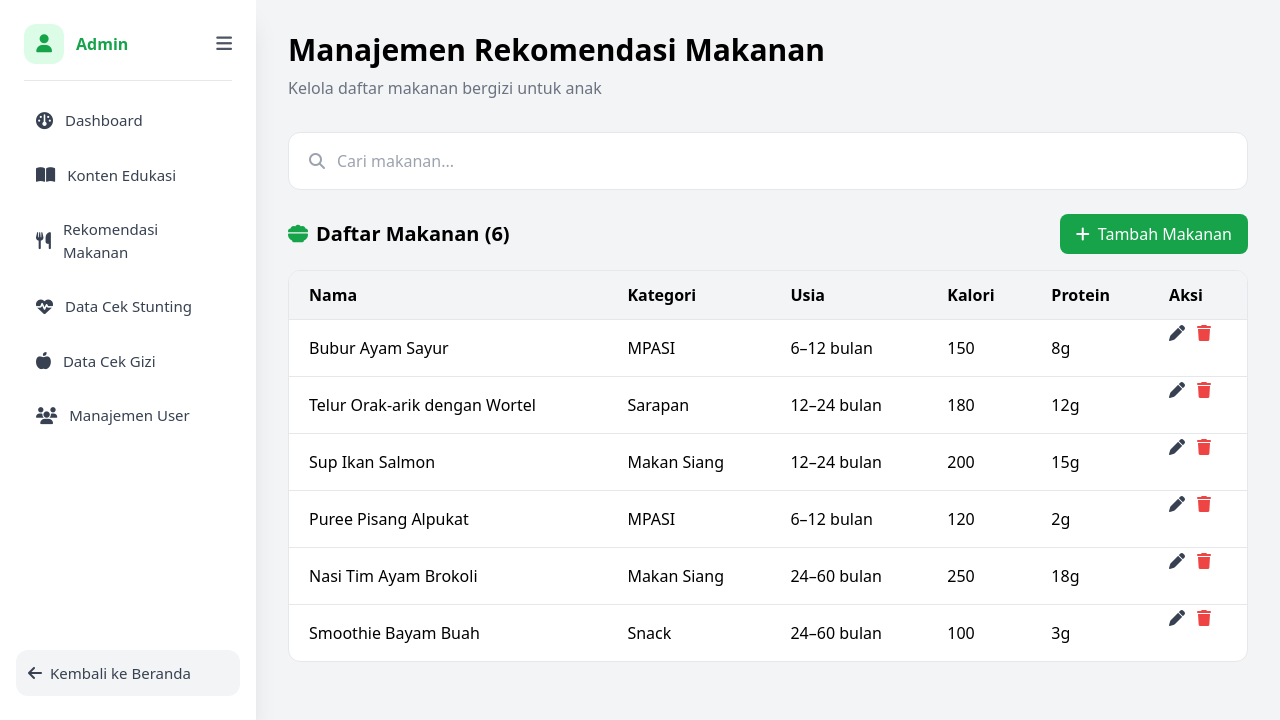
Repository: crashyet/stunting-cerdas
Page: http://localhost/admin/rekomendasi-makanan/create
The author's editor kept a copy of each file at every save. The page is drawn from the files as they stood at one save, then again after a run of saves.
The browser window is 1280 px wide. The pictures show the whole page.
Some web libraries are served in a nearby version. The page is served by the project's Laravel application, run on PHP 8.4 with Laravel 12. A made-up administrator, Test User (test@example.com), is signed in. Other server files are loaded and not shown.

Above is the page before, as saved 2025-12-10 16:39:18.

### routes/web.php
<?php

use Illuminate\Support\Facades\Route;
use App\Http\Controllers\AuthController;
use App\Http\Controllers\EdukasiController;
use App\Http\Controllers\RekomendasiController;
use App\Http\Controllers\Admin\UserController;
use App\Http\Controllers\User\EdukasiController as UserEdukasiController;
use App\Http\Controllers\EdukasiController as AdminEdukasiController;
use App\Http\Controllers\Admin\RekomendasiMakananController;



/*
|--------------------------------------------------------------------------
| Landing Page
|--------------------------------------------------------------------------
*/
Route::get('/', function () {
    return view('landingpage');
})->name('landing');


/*
|--------------------------------------------------------------------------
| Authentication Routes
|--------------------------------------------------------------------------
*/
Route::get('/login', [AuthController::class, 'showLogin'])->name('login');
Route::post('/login', [AuthController::class, 'login'])->name('login.post');

Route::post('/logout', [AuthController::class, 'logout'])->name('logout');

Route::get('/register', [AuthController::class, 'showRegister'])->name('register');
Route::post('/register', [AuthController::class, 'register'])->name('register.post');


/*
|--------------------------------------------------------------------------
| USER Routes (role:user)
|--------------------------------------------------------------------------
*/
Route::middleware(['auth', 'role:user'])->group(function () {

    // HALAMAN UTAMA SETELAH LOGIN → EDUKASI
     Route::get('/edukasi', [UserEdukasiController::class, 'index'])
        ->name('user.edukasi');

    Route::get('/edukasi/{slug}', [UserEdukasiController::class, 'detail'])
        ->name('user.edukasi.detail');

    // CEK STUNTING
    Route::get('/cek-stunting', function () {
        return view('users.cek-stunting');
    })->name('user.cekstunting');

    // REKOMENDASI MAKANAN (Controller Baru)
    Route::get('/rekomendasi', [RekomendasiController::class, 'index'])
        ->name('user.rekomendasi');

    // DATA ANAK
    Route::get('/data-anak', function () {
        return view('users.data-anak');
    })->name('user.dataanak');

    // DASHBOARD USER
    Route::get('/dashboard', function () {
        return view('users.dashboard');
    })->name('user.dashboard');

});


/*
|--------------------------------------------------------------------------
| ADMIN Routes (role:admin)
|--------------------------------------------------------------------------
*/
Route::middleware(['auth', 'role:admin'])->group(function () {

    Route::get('/admin/dashboard', function () {
        return view('admin.dashboard');
    })->name('admin.dashboard');

    Route::get('/admin/konten-edukasi', function () {
    return view('admin.konten-edukasi');
    });

    Route::get('/admin/rekomendasi-makanan', function () {
    return view('admin.rekomendasi-makanan');
    });

    Route::get('/admin/cek-stunting', function () {
    return view('admin.cek-stunting');
    });

    Route::get('/admin/cek-gizi', function () {
    return view('admin.cek-gizi');
    });

    // MANAGEMENT USER
    Route::get('/admin/manajemen-user', [UserController::class, 'index'])
    ->name('admin.users.index');

Route::delete('/admin/manajemen-user/{user}', [UserController::class, 'destroy'])
    ->name('admin.users.destroy');

    // ARTIKEL EDUKASI
Route::post('/edukasi/store', [EdukasiController::class, 'store'])
        ->name('admin.edukasi.store');

    Route::get('/admin/konten-edukasi', [EdukasiController::class, 'kontenEdukasi'])
    ->name('admin.konten-edukasi');

    Route::delete('/admin/edukasi/{id}', [EdukasiController::class, 'destroy'])->name('edukasi.destroy');

    Route::patch('/admin/edukasi/{id}/status', [EdukasiController::class, 'updateStatus'])
    ->name('edukasi.updateStatus');

    // REKOMENDASI MAKANAN
     Route::get('/admin/rekomendasi-makanan', [RekomendasiMakananController::class,'index'])
        ->name('admin.rekomendasi.index');

    Route::get('/admin/rekomendasi-makanan/create', [RekomendasiMakananController::class,'create'])
        ->name('admin.rekomendasi.create');

    Route::post('/admin/rekomendasi-makanan/store', [RekomendasiMakananController::class,'store'])
        ->name('admin.rekomendasi.store');




});

### app/Http/Controllers/Admin/RekomendasiMakananController.php
<?php

namespace App\Http\Controllers\Admin;

use App\Http\Controllers\Controller;
use App\Models\RekomendasiMakanan;
use Illuminate\Http\Request;
use Illuminate\Support\Str;


class RekomendasiMakananController extends Controller
{
    public function index() {
        $data = RekomendasiMakanan::latest()->get();
        return view('admin.rekomendasi-makanan', compact('data'));
    }

    public function create() {
        return view('admin.rekomendasi-makanan');
    }

    public function store(Request $request) {
        $validated = $request->validate([
            'judul' => 'required',
            'kategori' => 'required',
        ]);

        RekomendasiMakanan::create([
            'judul' => $request->judul,
            'kategori' => $request->kategori,
            'usia' => $request->usia,
            'porsi' => $request->porsi,
            'kalori' => $request->kalori,
            'protein' => $request->protein,
            'karbo' => $request->karbo,
            'lemak' => $request->lemak,
            'vitamin' => $request->vitamin,
            'porsi_disarankan' => $request->porsi_disarankan,
            'tips' => $request->tips,
            'emoji' => $request->emoji,
            'slug' => Str::slug($request->judul)
        ]);

        return redirect()->route('admin.rekomendasi.index')
            ->with('success', 'Berhasil ditambahkan!');
    }
}

### resources/views/admin/rekomendasi-makanan.blade.php
@extends('layouts.admin-layout')

@section('title', 'Rekomendasi Makanan')

@section('sidebar')
    @include('components.sidebar')
@endsection

@section('content')

<div class="flex flex-col animate-[fadeUp_.5s_ease-out]">

    {{-- TITLE --}}
    <h1 class="text-3xl font-bold mb-2 animate-[fadeUp_.55s_ease-out]">Manajemen Rekomendasi Makanan</h1>
    <p class="text-gray-500 mb-8 animate-[fadeUp_.6s_ease-out]">Kelola daftar makanan bergizi untuk anak</p>

    {{-- SEARCH BAR --}}
    <div class="bg-white rounded-xl border px-5 py-4 flex items-center gap-3 mb-6 animate-[fadeUp_.65s_ease-out]">
        <i class="fa-solid fa-magnifying-glass text-gray-400"></i>
        <input type="text" placeholder="Cari makanan..."
               class="w-full focus:outline-none text-gray-600">
    </div>

    {{-- HEADER + TAMBAH --}}
    <div class="flex justify-between items-center mb-4 animate-[fadeUp_.7s_ease-out]">
        <h2 class="text-xl font-semibold flex items-center gap-2">
            <i class="fa-solid fa-bowl-food text-green-600"></i>
            Daftar Makanan (6)
        </h2>

        <a href="#"
           class="px-4 py-2 bg-green-600 hover:bg-green-700 text-white rounded-lg flex items-center gap-2">
            <i class="fa-solid fa-plus"></i> Tambah Makanan
        </a>
    </div>

    {{-- TABEL --}}
    <div class="bg-white border rounded-xl overflow-hidden animate-[fadeUp_.8s_ease-out]">
        <table class="w-full text-left">
            <thead class="bg-gray-100 border-b">
                <tr>
                    <th class="py-3 px-5">Nama</th>
                    <th class="py-3 px-5">Kategori</th>
                    <th class="py-3 px-5">Usia</th>
                    <th class="py-3 px-5">Kalori</th>
                    <th class="py-3 px-5">Protein</th>
                    <th class="py-3 px-5">Aksi</th>
                </tr>
            </thead>

            <tbody>

                {{-- ROW 1 --}}
                <tr class="border-b animate-[fadeUp_.85s_ease-out]">
                    <td class="py-4 px-5">Bubur Ayam Sayur</td>
                    <td class="px-5">MPASI</td>
                    <td class="px-5">6–12 bulan</td>
                    <td class="px-5">150</td>
                    <td class="px-5">8g</td>
                    <td class="px-5 flex gap-3">
                        <button class="text-gray-700 hover:text-black"><i class="fa-solid fa-pen"></i></button>
                        <button class="text-red-500 hover:text-red-700"><i class="fa-solid fa-trash"></i></button>
                    </td>
                </tr>

                {{-- ROW 2 --}}
                <tr class="border-b animate-[fadeUp_.9s_ease-out]">
                    <td class="py-4 px-5">Telur Orak-arik dengan Wortel</td>
                    <td class="px-5">Sarapan</td>
                    <td class="px-5">12–24 bulan</td>
                    <td class="px-5">180</td>
                    <td class="px-5">12g</td>
                    <td class="px-5 flex gap-3">
                        <button class="text-gray-700 hover:text-black"><i class="fa-solid fa-pen"></i></button>
                        <button class="text-red-500 hover:text-red-700"><i class="fa-solid fa-trash"></i></button>
                    </td>
                </tr>

                {{-- ROW 3 --}}
                <tr class="border-b animate-[fadeUp_.95s_ease-out]">
                    <td class="py-4 px-5">Sup Ikan Salmon</td>
                    <td class="px-5">Makan Siang</td>
                    <td class="px-5">12–24 bulan</td>
                    <td class="px-5">200</td>
                    <td class="px-5">15g</td>
                    <td class="px-5 flex gap-3">
                        <button class="text-gray-700 hover:text-black"><i class="fa-solid fa-pen"></i></button>
                        <button class="text-red-500 hover:text-red-700"><i class="fa-solid fa-trash"></i></button>
                    </td>
                </tr>

                {{-- ROW 4 --}}
                <tr class="border-b animate-[fadeUp_1s_ease-out]">
                    <td class="py-4 px-5">Puree Pisang Alpukat</td>
                    <td class="px-5">MPASI</td>
                    <td class="px-5">6–12 bulan</td>
                    <td class="px-5">120</td>
                    <td class="px-5">2g</td>
                    <td class="px-5 flex gap-3">
                        <button class="text-gray-700 hover:text-black"><i class="fa-solid fa-pen"></i></button>
                        <button class="text-red-500 hover:text-red-700"><i class="fa-solid fa-trash"></i></button>
                    </td>
                </tr>

                {{-- ROW 5 --}}
                <tr class="border-b animate-[fadeUp_1.05s_ease-out]">
                    <td class="py-4 px-5">Nasi Tim Ayam Brokoli</td>
                    <td class="px-5">Makan Siang</td>
                    <td class="px-5">24–60 bulan</td>
                    <td class="px-5">250</td>
                    <td class="px-5">18g</td>
                    <td class="px-5 flex gap-3">
                        <button class="text-gray-700 hover:text-black"><i class="fa-solid fa-pen"></i></button>
                        <button class="text-red-500 hover:text-red-700"><i class="fa-solid fa-trash"></i></button>
                    </td>
                </tr>

                {{-- ROW 6 --}}
                <tr class="animate-[fadeUp_1.1s_ease-out]">
                    <td class="py-4 px-5">Smoothie Bayam Buah</td>
                    <td class="px-5">Snack</td>
                    <td class="px-5">24–60 bulan</td>
                    <td class="px-5">100</td>
                    <td class="px-5">3g</td>
                    <td class="px-5 flex gap-3">
                        <button class="text-gray-700 hover:text-black"><i class="fa-solid fa-pen"></i></button>
                        <button class="text-red-500 hover:text-red-700"><i class="fa-solid fa-trash"></i></button>
                    </td>
                </tr>

            </tbody>
        </table>
    </div>

</div>


{{-- CUSTOM ANIMATION --}}
<style>
@keyframes fadeUp {
    0% { opacity: 0; transform: translateY(12px); }
    100% { opacity: 1; transform: translateY(0); }
}
</style>

@endsection

### resources/views/components/sidebar.blade.php
<div id="sidebar"
     class="sidebar w-64 bg-white h-screen shadow-xl fixed left-0 top-0 p-6 transition-all duration-300 z-50">

    {{-- HEADER --}}
    <div class="flex items-center justify-between mb-4">

        <div class="flex items-center gap-3 sidebar-text">
            <div class="w-10 h-10 rounded-xl bg-green-100 flex items-center justify-center">
                <i class="fa-solid fa-user text-green-600 text-[18px]"></i>
            </div>

            <h1 class="text-[16px] font-bold text-green-600">Admin</h1>
        </div>

        <button onclick="toggleSidebar()" class="text-gray-600 hover:text-green-600 transition">
            <i class="fa-solid fa-bars text-[18px]"></i>
        </button>
    </div>

    {{-- Garis --}}
    <div class="w-full h-[1px] bg-gray-200 mt-2 mb-4"></div>


    {{-- MENU --}}
    <ul class="space-y-2 text-gray-700 text-[15px]">

        {{-- Dashboard --}}
        <li>
            <a href="/admin/dashboard"
               class="flex items-center gap-3 p-3 rounded-xl transition
               {{ request()->is('admin/dashboard')
                    ? 'bg-green-600 text-white shadow-md'
                    : 'hover:bg-green-50' }}">

                <i class="fa-solid fa-gauge text-[17px]"></i>
                <span class="sidebar-text">Dashboard</span>
            </a>
        </li>

        {{-- Konten Edukasi --}}
        <li>
            <a href="/admin/konten-edukasi"
               class="flex items-center gap-3 p-3 rounded-xl transition
               {{ request()->is('admin/konten-edukasi')
                    ? 'bg-green-600 text-white shadow-md'
                    : 'hover:bg-green-50' }}">

                <i class="fa-solid fa-book-open text-[17px]"></i>
                <span class="sidebar-text">Konten Edukasi</span>
            </a>
        </li>

        {{-- Rekomendasi Makanan --}}
        <li>
            <a href="/admin/rekomendasi-makanan"
               class="flex items-center gap-3 p-3 rounded-xl transition
               {{ request()->is('admin/rekomendasi-makanan')
                    ? 'bg-green-600 text-white shadow-md'
                    : 'hover:bg-green-50' }}">

                <i class="fa-solid fa-utensils text-[17px]"></i>
                <span class="sidebar-text">Rekomendasi Makanan</span>
            </a>
        </li>

        {{-- Data Cek Stunting --}}
        <li>
            <a href="/admin/cek-stunting"
               class="flex items-center gap-3 p-3 rounded-xl transition
               {{ request()->is('admin/cek-stunting')
                    ? 'bg-green-600 text-white shadow-md'
                    : 'hover:bg-green-50' }}">

                <i class="fa-solid fa-heart-pulse text-[17px]"></i>
                <span class="sidebar-text">Data Cek Stunting</span>
            </a>
        </li>

        {{-- Data Cek Gizi --}}
        <li>
            <a href="/admin/cek-gizi"
               class="flex items-center gap-3 p-3 rounded-xl transition
               {{ request()->is('admin/cek-gizi')
                    ? 'bg-green-600 text-white shadow-md'
                    : 'hover:bg-green-50' }}">

                <i class="fa-solid fa-apple-whole text-[17px]"></i>
                <span class="sidebar-text">Data Cek Gizi</span>
            </a>
        </li>

        {{-- Manajemen User --}}
        <li>
            <a href="/admin/manajemen-user"
               class="flex items-center gap-3 p-3 rounded-xl transition
               {{ request()->is('admin/manajemen-user')
                    ? 'bg-green-600 text-white shadow-md'
                    : 'hover:bg-green-50' }}">

                <i class="fa-solid fa-users text-[17px]"></i>
                <span class="sidebar-text">Manajemen User</span>
            </a>
        </li>

    </ul>

    {{-- BOTTOM BUTTON --}}
    <div class="absolute bottom-6 left-0 w-full px-4">
        <a href="/"
           class="flex items-center gap-2 p-3 bg-gray-100 hover:bg-gray-200 rounded-xl
                  text-gray-700 transition sidebar-text text-[15px]">

            <i class="fa-solid fa-arrow-left text-[16px]"></i>
            <span>Kembali ke Beranda</span>
        </a>
    </div>

</div>

### resources/views/layouts/admin-layout.blade.php
<!DOCTYPE html>
<html lang="id">
<head>
    <meta charset="UTF-8">
    <meta name="viewport" content="width=device-width, initial-scale=1.0">
    <title>@yield('title', 'Dashboard Admin')</title>

    {{-- Tailwind CDN --}}
    <script src="https://cdn.tailwindcss.com"></script>

    {{-- FontAwesome --}}
    <link rel="stylesheet" href="https://cdnjs.cloudflare.com/ajax/libs/font-awesome/6.5.0/css/all.min.css">

    {{-- Chart.js --}}
    <script src="https://cdn.jsdelivr.net/npm/chart.js"></script>

    <style>
        /* Sidebar collapse */
        .sidebar.collapsed {
            width: 70px !important;
            padding-left: 15px !important;
            padding-right: 15px !important;
        }

        .sidebar.collapsed .sidebar-text {
            display: none !important;
        }

        .sidebar.collapsed a {
            justify-content: center !important;
        }
    </style>
</head>

<body class="bg-gray-100 flex">

    {{-- SIDEBAR DIPANGGIL DARI VIEW YANG EXTEND --}}
    @yield('sidebar')

    {{-- MAIN CONTENT --}}
    <main id="content" class="flex-1 p-8 ml-64 transition-all duration-300">
        @yield('content')
    </main>

    <script>
        function toggleSidebar() {
            const sidebar = document.getElementById('sidebar');
            const content = document.getElementById('content');

            sidebar.classList.toggle('collapsed');

            if (sidebar.classList.contains('collapsed')) {
                content.style.marginLeft = "80px";
            } else {
                content.style.marginLeft = "260px";
            }
        }
    </script>


</body>
</html>

Loaded but not shown: app/Models/User.php (common file); app/Http/Controllers/Controller.php (common file)

After the next 2 saves:
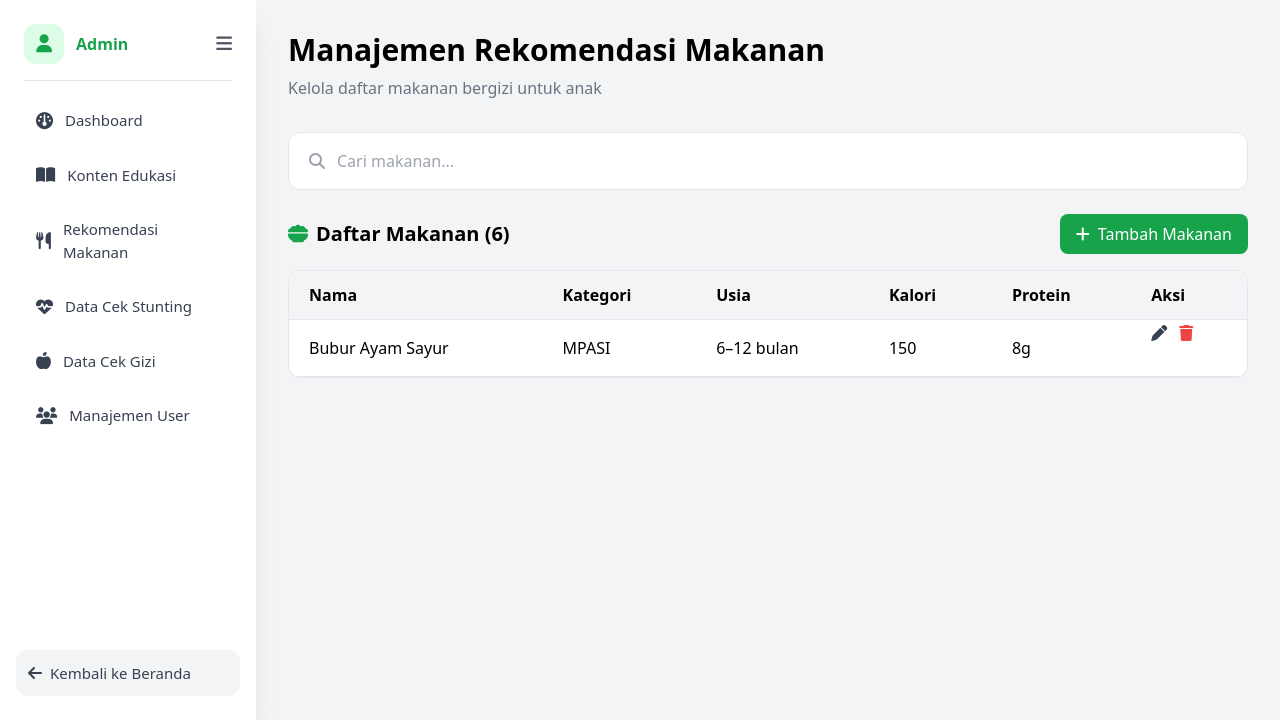
The 2 saves are shown as one change because they came seconds apart.
The last was saved 37 s later.
--- a/resources/views/admin/rekomendasi-makanan.blade.php
+++ b/resources/views/admin/rekomendasi-makanan.blade.php
@@ -63,71 +63,6 @@
                     </td>
                 </tr>
 
-                {{-- ROW 2 --}}
-                <tr class="border-b animate-[fadeUp_.9s_ease-out]">
-                    <td class="py-4 px-5">Telur Orak-arik dengan Wortel</td>
-                    <td class="px-5">Sarapan</td>
-                    <td class="px-5">12–24 bulan</td>
-                    <td class="px-5">180</td>
-                    <td class="px-5">12g</td>
-                    <td class="px-5 flex gap-3">
-                        <button class="text-gray-700 hover:text-black"><i class="fa-solid fa-pen"></i></button>
-                        <button class="text-red-500 hover:text-red-700"><i class="fa-solid fa-trash"></i></button>
-                    </td>
-                </tr>
-
-                {{-- ROW 3 --}}
-                <tr class="border-b animate-[fadeUp_.95s_ease-out]">
-                    <td class="py-4 px-5">Sup Ikan Salmon</td>
-                    <td class="px-5">Makan Siang</td>
-                    <td class="px-5">12–24 bulan</td>
-                    <td class="px-5">200</td>
-                    <td class="px-5">15g</td>
-                    <td class="px-5 flex gap-3">
-                        <button class="text-gray-700 hover:text-black"><i class="fa-solid fa-pen"></i></button>
-                        <button class="text-red-500 hover:text-red-700"><i class="fa-solid fa-trash"></i></button>
-                    </td>
-                </tr>
-
-                {{-- ROW 4 --}}
-                <tr class="border-b animate-[fadeUp_1s_ease-out]">
-                    <td class="py-4 px-5">Puree Pisang Alpukat</td>
-                    <td class="px-5">MPASI</td>
-                    <td class="px-5">6–12 bulan</td>
-                    <td class="px-5">120</td>
-                    <td class="px-5">2g</td>
-                    <td class="px-5 flex gap-3">
-                        <button class="text-gray-700 hover:text-black"><i class="fa-solid fa-pen"></i></button>
-                        <button class="text-red-500 hover:text-red-700"><i class="fa-solid fa-trash"></i></button>
-                    </td>
-                </tr>
-
-                {{-- ROW 5 --}}
-                <tr class="border-b animate-[fadeUp_1.05s_ease-out]">
-                    <td class="py-4 px-5">Nasi Tim Ayam Brokoli</td>
-                    <td class="px-5">Makan Siang</td>
-                    <td class="px-5">24–60 bulan</td>
-                    <td class="px-5">250</td>
-                    <td class="px-5">18g</td>
-                    <td class="px-5 flex gap-3">
-                        <button class="text-gray-700 hover:text-black"><i class="fa-solid fa-pen"></i></button>
-                        <button class="text-red-500 hover:text-red-700"><i class="fa-solid fa-trash"></i></button>
-                    </td>
-                </tr>
-
-                {{-- ROW 6 --}}
-                <tr class="animate-[fadeUp_1.1s_ease-out]">
-                    <td class="py-4 px-5">Smoothie Bayam Buah</td>
-                    <td class="px-5">Snack</td>
-                    <td class="px-5">24–60 bulan</td>
-                    <td class="px-5">100</td>
-                    <td class="px-5">3g</td>
-                    <td class="px-5 flex gap-3">
-                        <button class="text-gray-700 hover:text-black"><i class="fa-solid fa-pen"></i></button>
-                        <button class="text-red-500 hover:text-red-700"><i class="fa-solid fa-trash"></i></button>
-                    </td>
-                </tr>
-
             </tbody>
         </table>
     </div>
